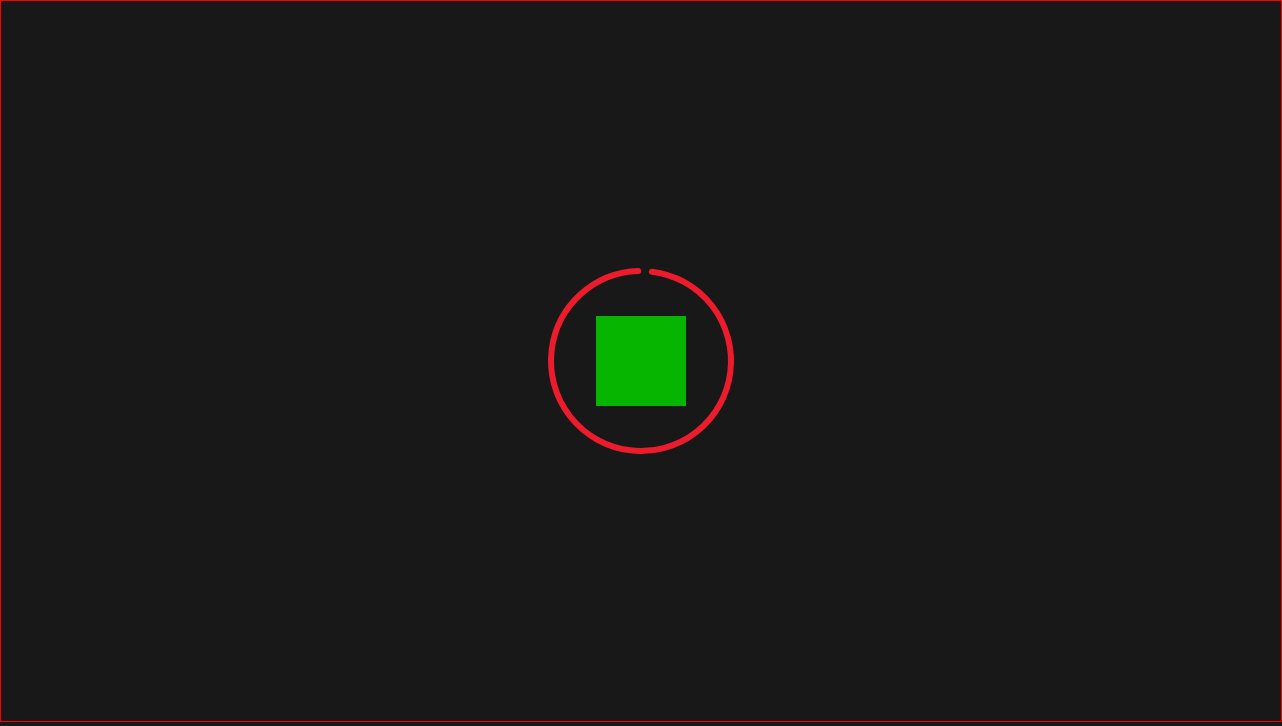
Repository: randy918/chris-canvas-52323
Page: index.html
The author's editor kept a copy of each file at every save. The page is drawn from the files as they stood at one save, then again after a run of saves.
The browser window is 1280 px wide. The page is 1282 px wide, so the pictures cover 1282 px, including what lies to the right of the window. The pictures show the whole page.
The style sheet was rebuilt from its Sass, Less or Tailwind sources for each picture, by a compiler version that may differ from the author's.

Above is the page before, as saved 2023-05-26 17:19:52.
Console error: ReferenceError: inne is not defined

### index.html
<!DOCTYPE html>
<html lang="en">
	<head>
		<meta charset="UTF-8" />
		<meta http-equiv="X-UA-Compatible" content="IE=edge" />
		<meta
			name="viewport"
			content="width=device-width, initial-scale=1.0"
		/>
		<link
			rel="stylesheet"
			href="css/main.css"
			<script
			src="https://ajax.googleapis.com/ajax/libs/jquery/3.6.3/jquery.min.js"
			defer
		/>

		<title>Canvas Resize</title>
	</head>

	<body>
		<canvas></canvas>

		<script src="js/myfunctions.js"></script>
		<script src="js/canvas.js"></script>
	</body>
</html>

<!-- ca1f26ba6eb2ba4fb641257b39d3bea7 -->

### js/myfunctions.js
//todo   function r(min, max)  Random integers, can be just 'max'
//todo   function getTime()--works! it is 72519.1414 format
//todo   function getCompleteDate()
//todo   function getMinute()
//todo   function getHour()
//todo   function getHour00()
//todo   function get24Hour()
//todo   function get24Hour00()
//todo   function getDay()
//todo   function getDay00()
//todo   function getMonth()
//todo   function getMonth00()
//todo   function getYear()
//todo   function getYear00()
//todo   function t()    eternal timestamp long number
//todo   function placeText(myIdClass, text)   unsure if it works?
//todo   function placeText2(myIdClass, text)   unsure if it works?
//todo   function getText(myIdClass)....brings whole line incl. tags
//todo   function getInnerText(myIdClass)
//todo   function getOuterText(myIdClass)
//todo   function addClass(myIdClass, newClass)
//todo   function removeClass(myIdClass, removeClass)
//todo   function changeBackgroundColor(myIdClass, color)
//todo   function changeTypeColor(myIdClass, color)
//todo   function changeTypeSize(myIdClass, size)
//todo   function addCSSText(myIdClass, text)



function r(min, max) {
  // 2.0, accepts single value for 1-x
  if (max === undefined) {
    max = min;
    min = 1;
  }
  const randomNumber = min - 1 + Math.ceil(Math.random() * (max + 1 - min));
  return randomNumber;
}
// may not be a real function
function getTime() {
  var today = new Date();
  var codeMonth = today.getMonth() + 1;
  var codeDay = today.getDate();
  if (codeDay < 10) {
    codeDay = "0" + codeDay;
  }
  var codeMinute = today.getMinutes();
  var codeHour = today.getHours();
  if (codeMinute < 10) {
    codeMinute = "0" + codeMinute;
  }
  if (codeHour < 10) {
    codeHour = "0" + codeHour;
  }
  var codeYear = today.getFullYear() - 2000;
  var dateTime =
    codeMonth + "" + codeDay + "" + codeYear + "." + codeHour + "" + codeMinute;
  // document.getElementById(`timeStamp`).innerHTML = dateTime;
  t = setTimeout(function () {
    getTime();
  }, 30000);
  return dateTime;
}

function getCompleteDate() {
  const today = new Date();
  return today;
}

function getMinute() {
  const today = new Date();
  const codeMinute = today.getMinutes();
  if (codeMinute < 10) {
    codeMinute = "0" + codeMinute;
  }
  return codeMinute;
}

function getMinute00() {
  const today = new Date();
  let codeMinute = today.getMinutes();
  if (codeMinute < 10) {
    codeMinute = "0" + codeMinute;
  }
  return codeMinute;
}

function getHour() {
  const today = new Date();
  let codeHour = today.getHours();
  if (codeHour > 12) {
    codeHour = codeHour - 12;
  }
  return codeHour;
}

function getAmPm() {
  let amPm = "am";
  const today = new Date();
  let codeHour = today.getHours();
  if (codeHour > 12) {
    amPm = "pm";
  }
  return amPm;
}

function getHour00() {
  const today = new Date();
  const codeHour = today.getHours();
  if (codeHour > 12) {
    codeHour = codeHour - 12;
  }
  if (codeHour < 10) {
    codeHour = "0" + codeHour;
  }
  return codeHour;
}

function get24Hour() {
  const today = new Date();
  const codeHour = today.getHours();
  return codeHour;
}

function get24Hour00() {
  const today = new Date();
  const codeHour = today.getHours();
  if (codeHour < 10) {
    codeHour = "0" + codeHour;
  }
  return codeHour;
}

function getDayVerbal() {
  const today = new Date();
  const codeDay = today.getDay() + 1;
  return theDay[codeDay];
}

function getDay00() {
  const today = new Date();
  const codeDay = today.getDate();
  if (codeDay < 10) {
    codeDay = "0" + codeDay;
  }
  return codeDay;
}

function getDay() {
  const today = new Date();
  const codeDay = today.getDate();
  return codeDay;
}

function getMonthVerbal() {
  const today = new Date();
  const codeMonth = today.getMonth() + 1;
  return theMonth[codeMonth];
}

function getMonth00() {
  const today = new Date();
  const codeMonth = today.getMonth() + 1;
  if (codeMonth < 10) {
    codeMonth = "0" + codeMonth;
  }
  return codeMonth;
}

function getMonth() {
  const today = new Date();
  const codeMonth = today.getMonth() + 1;
  return codeMonth;
}

function getYear00() {
  const today = new Date();
  const codeYear = today.getYear() - 100;
  if (codeYear < 10) {
    codeMYear = "0" + codeYear;
  }
  return codeYear;
}

function getYear() {
  const today = new Date();
  const codeYear = today.getYear() + 1900;
  return codeYear;
}

function t() {
  const now = new Date();
  eventTimestamp = now.getTime();
  // c(eventTimestamp);
  return eventTimestamp;
}
//    !  72419.1659 DOM MANIPULATION
//!
//!  placeText   element name, and text to put there--runs loosely?

function placeText(myIdClass, text) {
  const myElement = document.querySelector(myIdClass);
  myElement.innerText = text;
}
//    the function is longer than the original
// $(myIdClass).text(text)   <---works
function placeText2(myIdClass, text) {
  $(myIdClass).text(text);
}
function getText(myIdClass) {
  return document.querySelector(myIdClass);
}

function getInnerText(myIdClass) {
  return document.querySelector(myIdClass).innerHTML;
}

function getOuterText(myIdClass) {
  return document.querySelector(myIdClass).outerHTML;
}

function addClass(myIdClass, newClass) {
  document.querySelector(myIdClass).classList.add(newClass);
}

function removeClass(myIdClass, removeClass) {
  document.querySelector(myIdClass).classList.remove(removeClass);
}
// not sure what this one is for now
function containsClass(myIdClass, containsClass) {
  document.querySelector(myIdClass).classList.contains(containsClass);
}
// above, can switch and toggle  also  mmtuts YOUTUBE 29-31 USING JAVASCRIPT
function changeBackgroundColor(myId, color) {
  document.getElementById(myId).style.background = color;

  // document.querySelector(myIdClass).style.backgroundColor = color;
}

function changeTypeColor(myIdClass, color) {
  document.querySelector(myIdClass).style.color = color;
}

function changeTypeSize(myIdClass, size) {
  document.querySelector(myIdClass).style.fontSize = size;
}

function addCSSText(myIdClass, text) {
  document.querySelector(myIdClass).style.cssText = text;
}

//!  72519.1714    Common Basic VARIABLE ARRAYS
var theDay = new Array(
  "Zero",
  "Sunday",
  "Monday",
  "Tuesday",
  "Wednesday",
  "Thursday",
  "Friday",
  "Saturday"
);
var theDayMin3 = new Array(
  "Zero",
  "Sun.",
  "Mon.",
  "Tues.",
  "Wed.",
  "Thurs.",
  "Fri.",
  "Sat."
);
var theDayMin2 = new Array("Zero", "S", "M", "Tu", "W", "Th", "F", "S");
var theDayMin1 = new Array("Zero", "S", "M", "T", "W", "T", "F", "S");
var theMonth = new Array(
  "Zero",
  "January",
  "February",
  "March",
  "April",
  "May",
  "June",
  "July",
  "August",
  "September",
  "October",
  "November",
  "December"
);
var theMonthMin = new Array(
  "Zero",
  "Jan.",
  "Feb.",
  "Mar.",
  "Apr.",
  "May",
  "June",
  "July",
  "Aug.",
  "Sept.",
  "Oct.",
  "Nov.",
  "Dec."
);

function showDateTimeFormat() {
  const today = new Date();
  const formattedDate = new Intl.DateTimeFormat("en-US").format(today);
  const consoleFunctioningMessage = `
Console functioning: ${getDayVerbal()}, ${getMonthVerbal()} ${getDay()} at ${getHour()}:${getMinute00()}${getAmPm()}
  `;
  return consoleFunctioningMessage;
}
showDateTimeFormat();

console.log(`%c${showDateTimeFormat()}`, "font-size: 20px; color: gray");

//console.log("%cThis is a default font style", "color: blue; font-size: 20px");

### js/canvas.js
//!  121822.0826        FUNCTIONS

const init = function () {
	main();
};

window.onload = function () {
	init();
};

//!  123122.1839        MAIN================================================

const main = function () {
	//!  10123.1609  variables

	const canvas = document.querySelector("canvas");
	canvas.width = window.innerWidth;
	canvas.height = window.innerHeight;

	let defaultX = canvas.width / 2;
	let defaultY = canvas.height / 2;
	const DEFAULTWIDTH = 200;
	const DEFAULTHEIGHT = 200;
	const DEFAULTSTROKEWIDTH = 6;

	let defaultWidth = DEFAULTWIDTH;
	let defaultHeight = DEFAULTHEIGHT;
	let defaultStrokeWidth = DEFAULTSTROKEWIDTH;

	const c = canvas.getContext("2d");

	//!  10123.1609 functions

	//!  10123.1609 LIBRARY

	const c_Animate = function () {
        requestAnimationFrame(c_Animate);
        c.clearRect(0,0, inne);
	};

	const c_Circle = function (
		defaultX,
		defaultY,
		size,
		defaultHeight
	) {
		c.beginPath();
		c.arc(defaultX, defaultY, size, -1.45, 1.49 * Math.PI);
		c.stroke();
	};

	const c_Fill = function (color, size) {
		c.fillStyle = color;
	};

	const c_Square = function (defaultX, defaultY, size) {
		c.beginPath();
		c.fillRect(
			defaultX - size / 2,
			defaultY - size / 2,
			size,
			size
		);
		c.stroke();
	};

	const c_Stroke = function (color, size) {
		c.strokeStyle = color;
		c.lineWidth = defaultStrokeWidth;
        c.lineCap = "round";

	};

	//!  10123.161 0  main body=========================================

	//line
	c_Stroke("#ed1c2c");
	c_Circle(defaultX, defaultY, 90);
	c_Fill("#05b500");
	c_Square(defaultX, defaultY, 90);
	c_Animate();
};

//!  123122.1839  END

### css/main.scss
$colors: (
    bg: rgba(55, 66, 76, 1),
    theGreen: rgba(0, 173, 43, 1),
    theRed: rgba(194, 47, 51, 1),
    theOrange: rgba(255, 103, 0, 1),
    theRodeoPink: #f1a1a4,
    theRodeoBlue: #7f86b0,
    theYellow: rgb(221, 172, 94),
    theGray: rgb(78, 92, 107),
    theBackground: rgba(241, 227, 214, 1),
    theDarkGray: rgba(43, 50, 56, 1),
    theBrown: rgba(101, 42, 36, 1),
    bitByBitRed: rgba(240, 44, 80, 1),
    bitByBitBlue: rgba(0, 79, 136, 1),
    bitByBitBlonde: rgba(241, 227, 214, 1),
    bbb2-TranquilSea: rgba(188, 199, 203, 1),
    bbb2-RedMyMind: rgba(143, 57, 56, 1),
    bbb2-SnowyPine: rgba(226, 223, 216, 1),
    bbb2-Basswood: rgba(188, 166, 142, 1),
    bbb2-CompassBlue: rgba(51, 66, 87, 1),
    f1: rgba(237, 28, 44, 1),
    f2: rgba(240, 87, 35, 1),
    f3: rgba(242, 203, 21, 1),
    f4: rgba(5, 181, 0, 1),
    f5: rgba(0, 29, 150, 1),
    f6: rgba(50, 50, 50, 1),
    f7: rgba(36, 36, 36, 1),
    f8: rgba(24, 24, 24, 1),
);

@function getColor($color-name) {
    @return map-get($colors, $color-name);
}

* {
    box-sizing: border-box;
    border: none;
}

body {
    color: getColor(bbb2-TranquilSea);
    background: getColor(f8);
    margin: 0;
}

h1 {
}

#inputValue {
    width: 40vw;
    font-size: 2vw;
    outline: none;
}

#search {
    color: beige;
    background-color: getColor(theDarkGray);
    outline: none;
    font-size: 2vw;
}

canvas {
    border: 1px solid red;
}

After the next 4 saves:
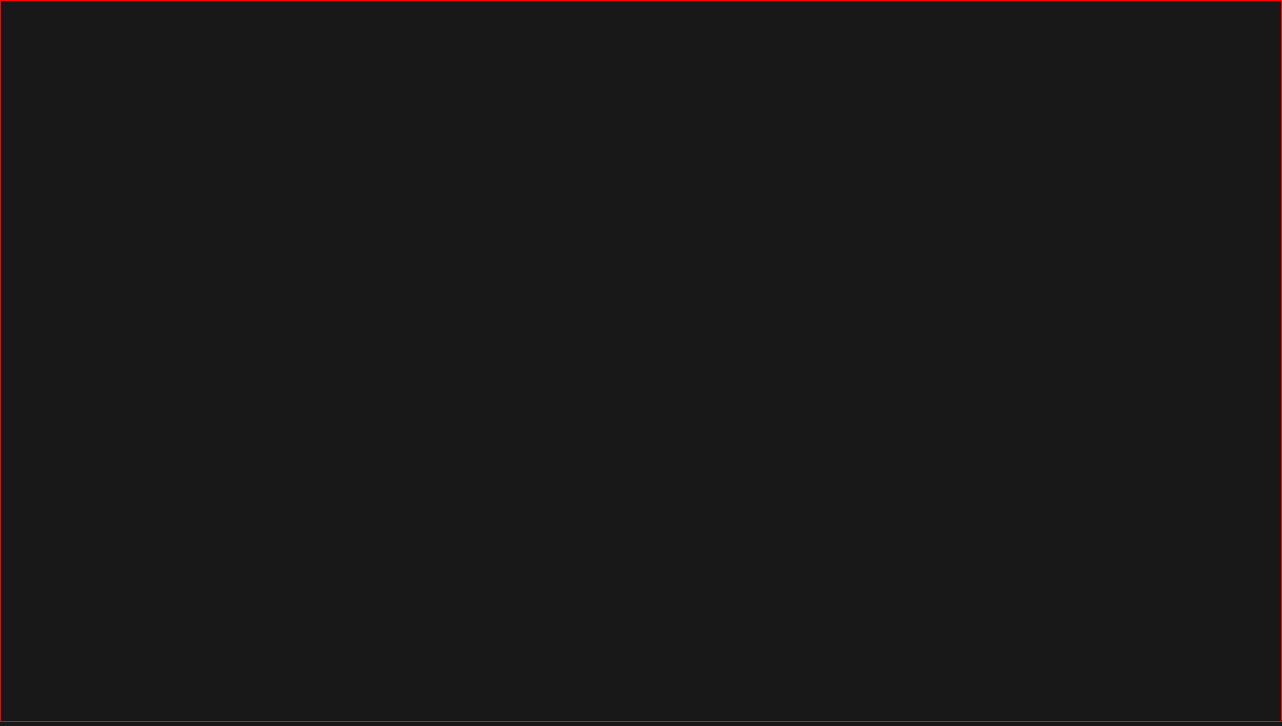
The error is gone.
The 4 saves are shown as one change because they came seconds apart.
The last was saved 11 s later.
--- a/js/canvas.js
+++ b/js/canvas.js
@@ -35,7 +35,7 @@ const main = function () {
 
 	const c_Animate = function () {
         requestAnimationFrame(c_Animate);
-        c.clearRect(0,0, inne);
+        c.clearRect(0,0, innerWidth, innerHeight);
 	};
 
 	const c_Circle = function (
